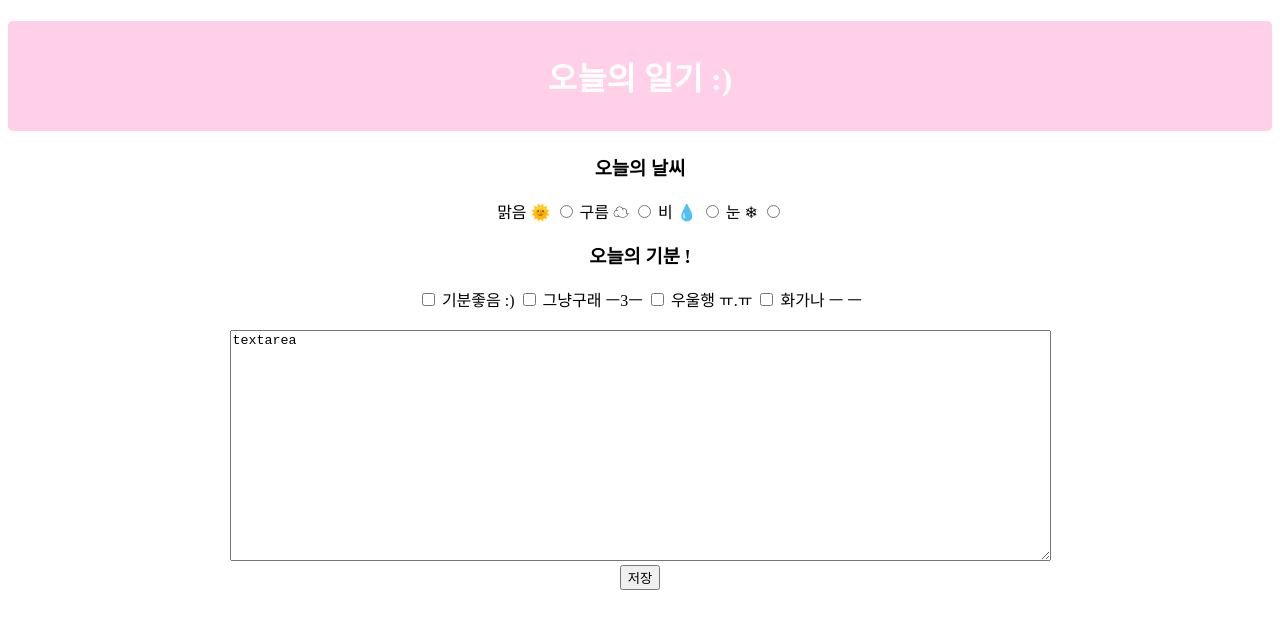
Repository: seoyeon0619/WebProgramming
Page: http://localhost/myhome1/일기쓰기.jsp
These files come from the project's save history. The page is drawn as it stood at one moment and after the next save; the edit follows.
The browser window is 1280 px wide. The pictures show the whole page.
Some web fonts or font styles are not loaded; a fallback is used. The page is served by Tomcat 9.

Above is the page before, as saved 2022-12-29 07:16:38.

### workspace1/myhome1/src/main/webapp/일기쓰기.jsp
<%@ page language="java" contentType="text/html; charset=UTF-8"
    pageEncoding="UTF-8"%>
<!DOCTYPE html>
<html>
<head>
<meta charset="UTF-8">
<title>Insert title here</title>
<link rel="preconnect" href="https://fonts.googleapis.com"><link rel="preconnect" href="https://fonts.gstatic.com" crossorigin>
<link href="https://fonts.googleapis.com/css2?family=Gaegu:wght@700&family=Rubik+Bubbles&display=swap" rel="stylesheet">
<style>
h1 {
	text-align : center;
	color : #ffffff;
  	border: 2px solid rgb(255, 208, 231);
  	border-radius: 5px;
  	padding : 30px;
  	background-color : rgb(255, 208, 231)
	}
h3 {
	text-align : center;
}
div {
text-align : center;
}

</style>

</head>
<body>
<style>
        body, h1, h2, h3, h4, h5, h6, p, span {
          font-family: 'Gaegu', cursive;
        }
</style>
<h1 style="color:;">오늘의 일기 :)</h1>


<h3>오늘의 날씨</h3>
<div>
		<label for="sel1">맑음 🌞</label>
        <input type="radio" name="lan2" id="sel1" value="1">
        <label for="sel2">구름 ☁</label>
        <input type="radio" name="lan2" id="sel2" value="2">
        <label for="sel3">비 💧</label>
        <input type="radio" name="lan2" id="sel3" value="3">
        <label for="sel4">눈 ❄</label>
        <input type="radio" name="lan2" id="sel4" value="4">
</div>
<h3></h3>
<h3>오늘의 기분 !</h3>
<div>
        <input type="checkbox" name="lan2" id="sel1" value="1">
		<label for="sel1">기분좋음 :)</label>
        <input type="checkbox" name="lan2" id="sel2" value="2">
        <label for="sel2">그냥구래 ㅡ3ㅡ</label>
        <input type="checkbox" name="lan2" id="sel3" value="3">
        <label for="sel3">우울행 ㅠ.ㅠ</label>
        <input type="checkbox" name="lan2" id="sel4" value="4">
        <label for="sel4">화가나 ㅡ ㅡ </label>
</div>
<h3></h3>
<div>
	<textarea name="" id="" cols="100" rows="15">textarea</textarea><br/>
</div>
<div><button>저장</button></div>
</body>
</html>

After the next save:
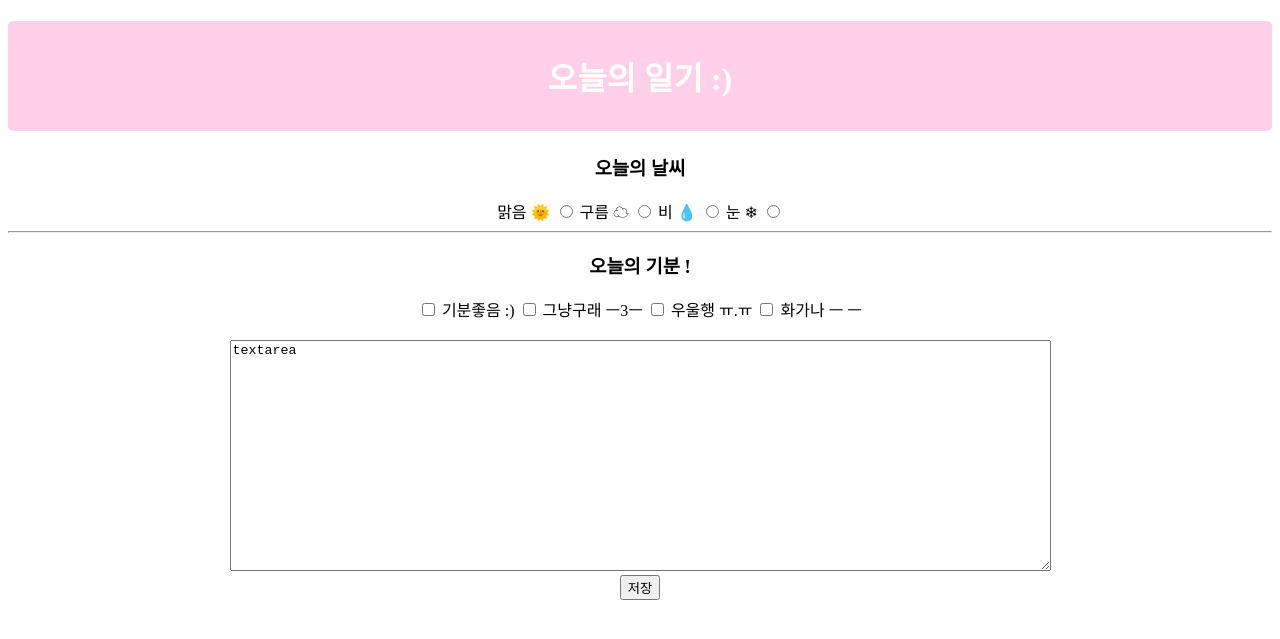
Saved 16 s later.
--- a/workspace1/myhome1/src/main/webapp/일기쓰기.jsp
+++ b/workspace1/myhome1/src/main/webapp/일기쓰기.jsp
@@ -46,7 +46,7 @@ text-align : center;
         <label for="sel4">눈 ❄</label>
         <input type="radio" name="lan2" id="sel4" value="4">
 </div>
-<h3></h3>
+<hr>
 <h3>오늘의 기분 !</h3>
 <div>
         <input type="checkbox" name="lan2" id="sel1" value="1">
